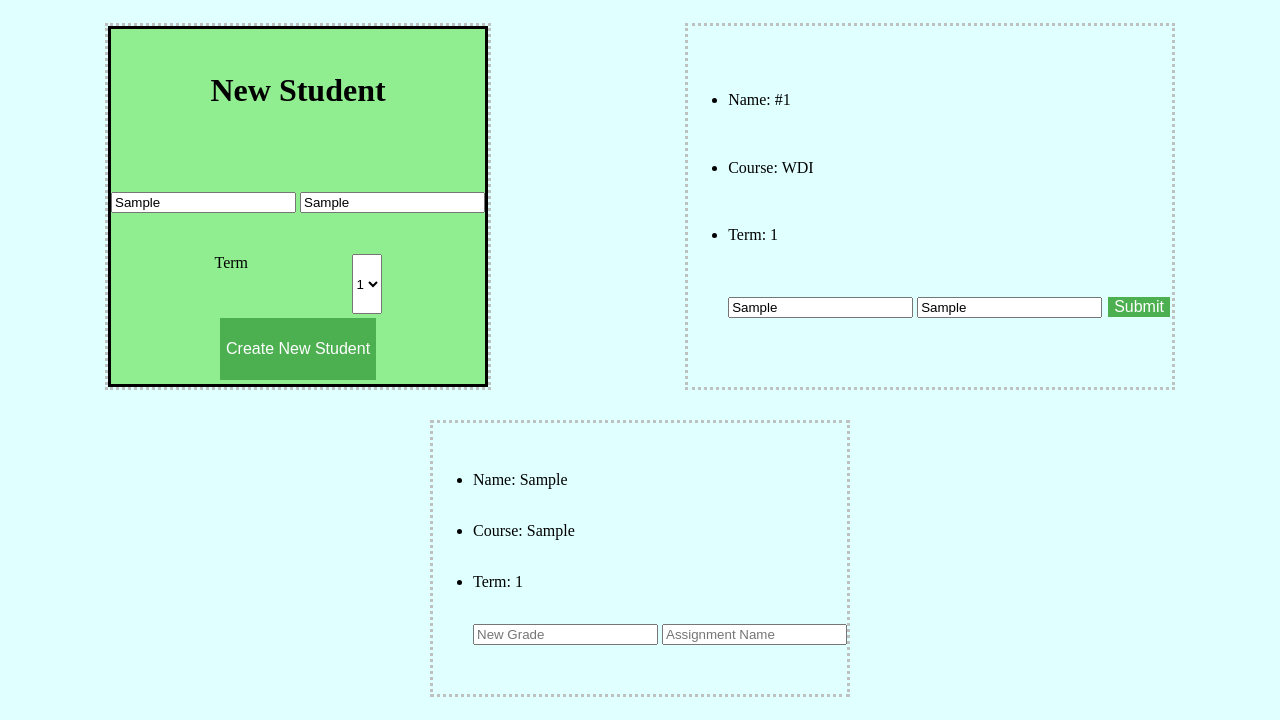
Repository: EdmontDantes/graderaide-fullstack-solution
Page: index.html
The author's editor kept a copy of each file at every save. The page is drawn from the files as they stood at one save, then again after the next save.
The browser window is 1280 px wide. The pictures show the whole page.
Empty fields were first filled with sample values (such as "Sample", 5 or name@example.com).
After loading, the first visible `button.new-student-button` was clicked once.

Above is the page before, as saved 2020-04-23 11:33:57.
Console error: ReferenceError: btnSubmitNewGradePlusAssigmentToCurrentStudentInternal is not defined

### index.html
<html lang="en">
  <head>
    <title>Graderaide</title>
    <meta charset="UTF-8">
    <meta name="viewport" content="width=device-width, initial-scale=1">
    <link rel="stylesheet" type="text/css" href="style-index.css">
  </head>

  <body>
    <section class="app">
      <section class="student-display" id="create-new-student-tile">

      <section class="new-student-input">
        <h1 id="text-h1-creation-section">New Student</h1>

        <div id="new-student-input-boxes">
          <input type="text" class="new-student-name" name="new-student-name" placeholder="Student Name">
          <input type="text" class="new-student-course" name="new-student-course" placeholder="Course">
        </div>

        <div id="new-student-input-options"
          <label for="new-student-term">Term</label>
          <select class="new-student-term" name="new-student-term">
            <option value="1">1</option>
            <option value="2">2</option>
            <option value="3">3</option>
          </select>
        </div>
        <section class="new-student-submit">
          <button type="submit" class="new-student-button">Create New Student</button>
        </section>
      </section>
    </section>

      <section class="student-display " id="student-1">
        <ul class="student-info">
          <li>Name: #1</li>
          <li>Course: WDI</li>
          <li>Term: 1</li>
          <!-- <li>
            <select class="course-selection">
              <option value="wdi">WDI</option>
            </select>
            <p>No grades yet.</p>
          </li> -->
            <!-- <section>
              <input type="text" name="new-course" class="new-course" placeholder="New Course">
              <button type="submit" class="submit-new-course">Submit</button>
            </section>
            <section>
              <input type="text" name="new-term" class="new-term" placeholder="New Term For Course">
              <button type="submit" class="submit-new-term">Submit</button>
            </section> -->
            <section class="add-grades-inputs-and-submit">
              <input type="text" name="new-grade" class="new-grade" placeholder="New Grade">
              <input type="text" name="new-grade-assignment" class="new-grade-assignment" placeholder="Assignment Name">
              <button type="submit" class="submit-new-grade-assignment">Submit</button>
            </section>

        </ul>
      </section>
      </section>
    </section>
  </body>
  <script src="main.js"></script>
</html>

### style-index.css
body {
    background-color: lightcyan;
    display: flex;
    flex-wrap: wrap;
    justify-content: center;
}

.app {
    display: flex;
    flex-direction: row;
    flex-wrap: wrap;
    justify-content: space-around;
}

#text-h1-creation-section {
    display: flex;
    flex-wrap: wrap;
    justify-content: center;
    font-size: 2em;
}

#new-student-input-options {
    display: flex;
    flex-wrap: wrap;
    flex-direction: row;
    justify-content: space-evenly;
}

.new-student-submit {
    display: flex;
    flex-wrap: wrap;
    justify-content: center;
}

.new-student-input {
    display: grid;

    background-color: lightgreen;
    border: 3px solid black;

}
button {
    background-color: #4CAF50;
    border: none;
    color: white;
    text-align: center;
    text-decoration: none;
    display: inline-block;
    font-size: 16px;
    margin: 4px 2px;
    cursor: pointer;
}

.student-display {
    display: flex;
    justify-content: space-around;
    border: 3px dotted #BFC0C0;
    margin: 15px;
}

.student-info {
    display: flex;
    flex-direction: column;
    justify-content: space-evenly;
}

a {
    background-color: white;
    color: black;
    border: 5px solid #4CAF50;
    padding: 10px 20px;
    text-align: center;
    text-decoration: none;
    display: inline-block;
    font-size: 16px;
    margin-left: 20px;
}

### main.js
/******************
 * YOUR CODE HERE *
 ******************/

const Grade = (assignment, score) => {
    return {
        assignment,
        score,
    }
}

const Term = () => {
    return {
    grades: [],

    addGrade: function(assignment, score) {
        const grade = Grade(assignment, score);
        this.grades.push(grade);
    },
    }
}

const Course = (name) => {
    return {
    name,
    terms: [Term()],

    addTerm: function() {
        const term = Term();
        this.terms.push(term);
    }
    }
}

const Student = (name, course, term = 1) => {
    return {
    name,
    course,
    term,
    courses: [Course(course)],
    grade: [],

    addGrade: function (grade, assignment) {
        this.grade.push([grade, assignment]);
    },

    addCourse: function(course) {
        this.courses.push(Course(course));
        this.course = course;
    },

    getAverage: function(courseToFind = this.course, termIndex = this.term - 1) {
        let foundCourse;
        for (const course of this.courses) {
        if (course.name === courseToFind) {
            foundCourse = course;
        }
        }

        const grades = foundCourse.terms[termIndex].grades;
        if (grades.length === 0) {
        return 'No grades yet.'
        }

        let sum = 0;
        for (const grade of grades) {
        sum += grade.score;
        }

        return sum / grades.length;
    },
    }
}

// const createNewStudentTileQuery = document.querySelector('#create-new-student-tile');
const newStudentNameQuery = document.querySelector('.new-student-name');
const newStudentCourseNameQuery = document.querySelector('.new-student-course');
const newStudentTermNumOptionQuery = document.querySelector('.new-student-term');
const btnNewStudentSubmitQuery = document.querySelector('.new-student-button');

const newStudentTile = function() {

    name = newStudentNameQuery.value;
    course = newStudentCourseNameQuery.value;
    termNum = newStudentTermNumOptionQuery.value;

    let newStudent = Student(name, course, termNum);
    console.log(newStudent);
    const studentDisplay = document.createElement('div');
    studentDisplay.className = 'student-display';
    let numId = document.querySelectorAll('.student-display')

    studentDisplay.id = `student-${numId.length}`;
    const studentInfo = document.createElement('ul');
    const nameItem = document.createElement('li');
    const courseItem = document.createElement('li');
    const termItem  = document.createElement('li');
    const addGradesSection = document.createElement('div');


    addGradesSection.className = `add-grades-inputs-and-submit`;
    addGradesSection.id = `student-${numId.length}`;
    addGradesSection.innerHTML = `
    <input type="text" name="new-grade" class="new-grade" id="${numId.length}" placeholder="New Grade">
    <input type="text" name="new-grade-assignment" class="new-grade-assignment" id="${numId.length}" placeholder="Assignment Name">`

    addGradesSection.append()

    nameItem.innerText = `Name: ${newStudent.name}`;
    courseItem.innerText = `Course: ${newStudent.course}`;
    termItem.innerText = `Term: ${newStudent.term}`;


    studentInfo.classList.add('student-info');
    studentInfo.id = `${numId.length}`
    studentInfo.appendChild(nameItem);
    studentInfo.appendChild(courseItem);
    studentInfo.appendChild(termItem);
    studentInfo.appendChild(addGradesSection);
    studentDisplay.append(studentInfo);
    document.querySelector('.app').append(studentDisplay)


}

btnNewStudentSubmitQuery.addEventListener('click', newStudentTile);


const createFromInputGrades = function(event) {
    const id = event.target.id
    const newGradeQueryInternal = document.querySelector(`.new-grade #${id}`);
    const newGradeAssignmentInternal = document.querySelector('.new-grade-assignment');
    const btnSubmitNewGradePlusAssigmentToCurrentStudentInternal = document.querySelector('.submit-new-grade-assignment');
    grade = newGradeQueryInternal.value;
    assignment = newGradeAssignmentInternal.value;

    let newGradeAndAssignment = Grade(grade, assignment);

    const gradeDisplayItem = document.createElement('li');
    gradeDisplayItem.innerText = `${newGradeAndAssignment.assignment}: ${newGradeAndAssignment.score}`;
    studentInfo.appendChild(gradeDisplayItem);

}

btnSubmitNewGradePlusAssigmentToCurrentStudentInternal.addEventListener('click', createFromInputGrades);

After the next save:
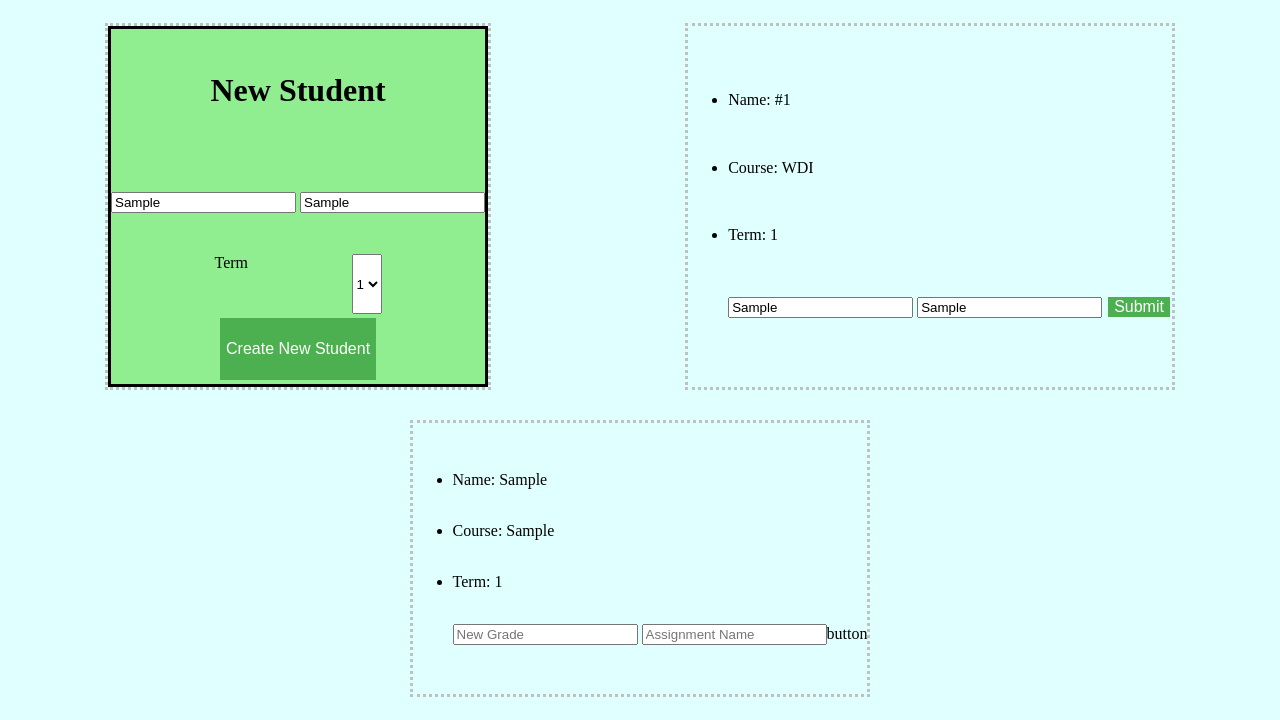
Saved 5 s later.
--- a/main.js
+++ b/main.js
@@ -104,7 +104,7 @@ const newStudentTile = function() {
     <input type="text" name="new-grade" class="new-grade" id="${numId.length}" placeholder="New Grade">
     <input type="text" name="new-grade-assignment" class="new-grade-assignment" id="${numId.length}" placeholder="Assignment Name">`
 
-    addGradesSection.append()
+    addGradesSection.append('button')
 
     nameItem.innerText = `Name: ${newStudent.name}`;
     courseItem.innerText = `Course: ${newStudent.course}`;
